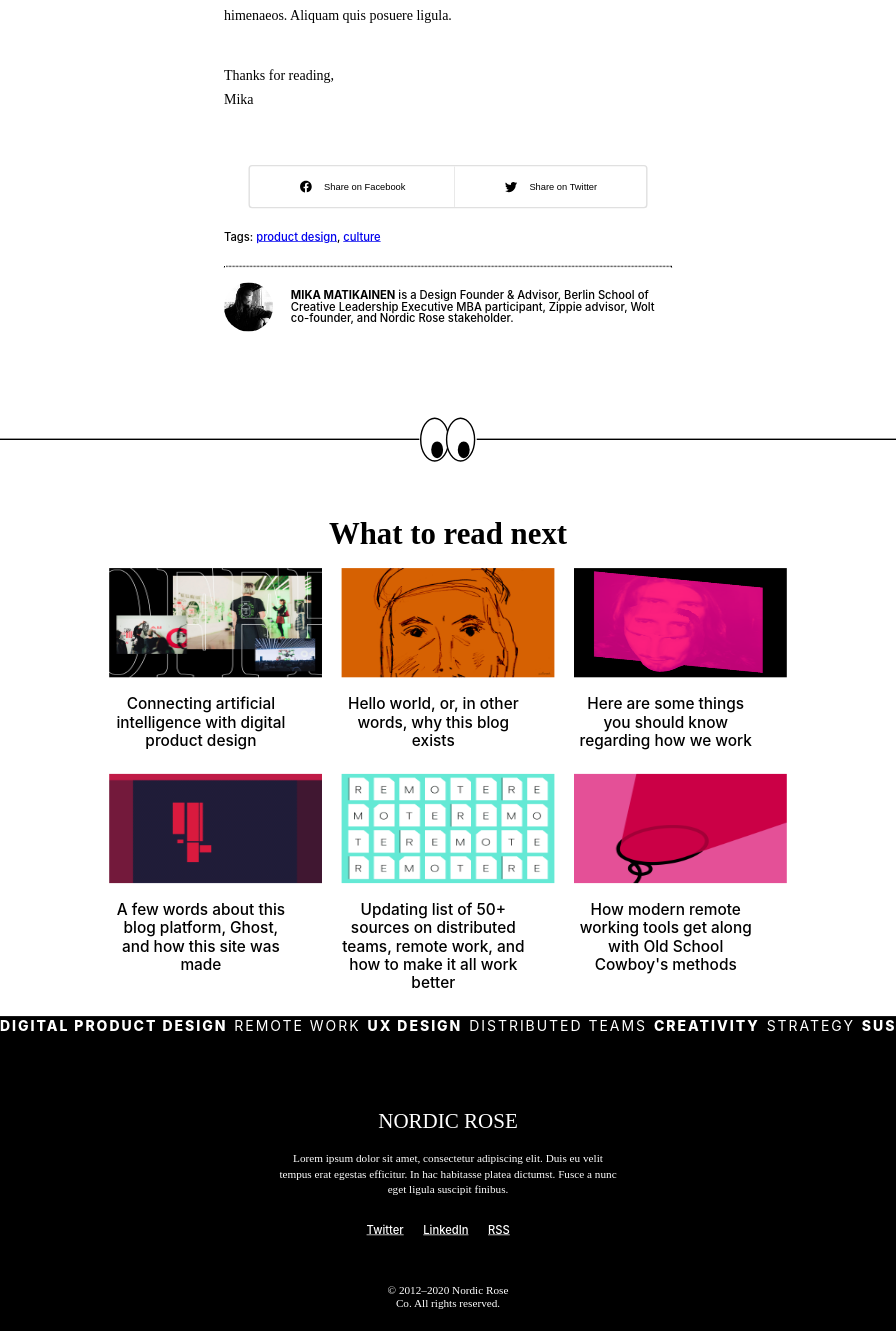
Repository: ThuTrang-jvb/JVB-BT1
Page: Page 3/article.html
An editor plug-in stored every save of this project. The page is shown before and after a run of saves, followed by the edit.
The browser window is 1280 px wide. The pictures show the part of the page from y = 3342 to 5262 px (the page is 5244 px tall before and 5262 px after), at 70% of full size.

Above is the page before, as saved 2025-06-30 09:51:28.

After the next 2 saves:
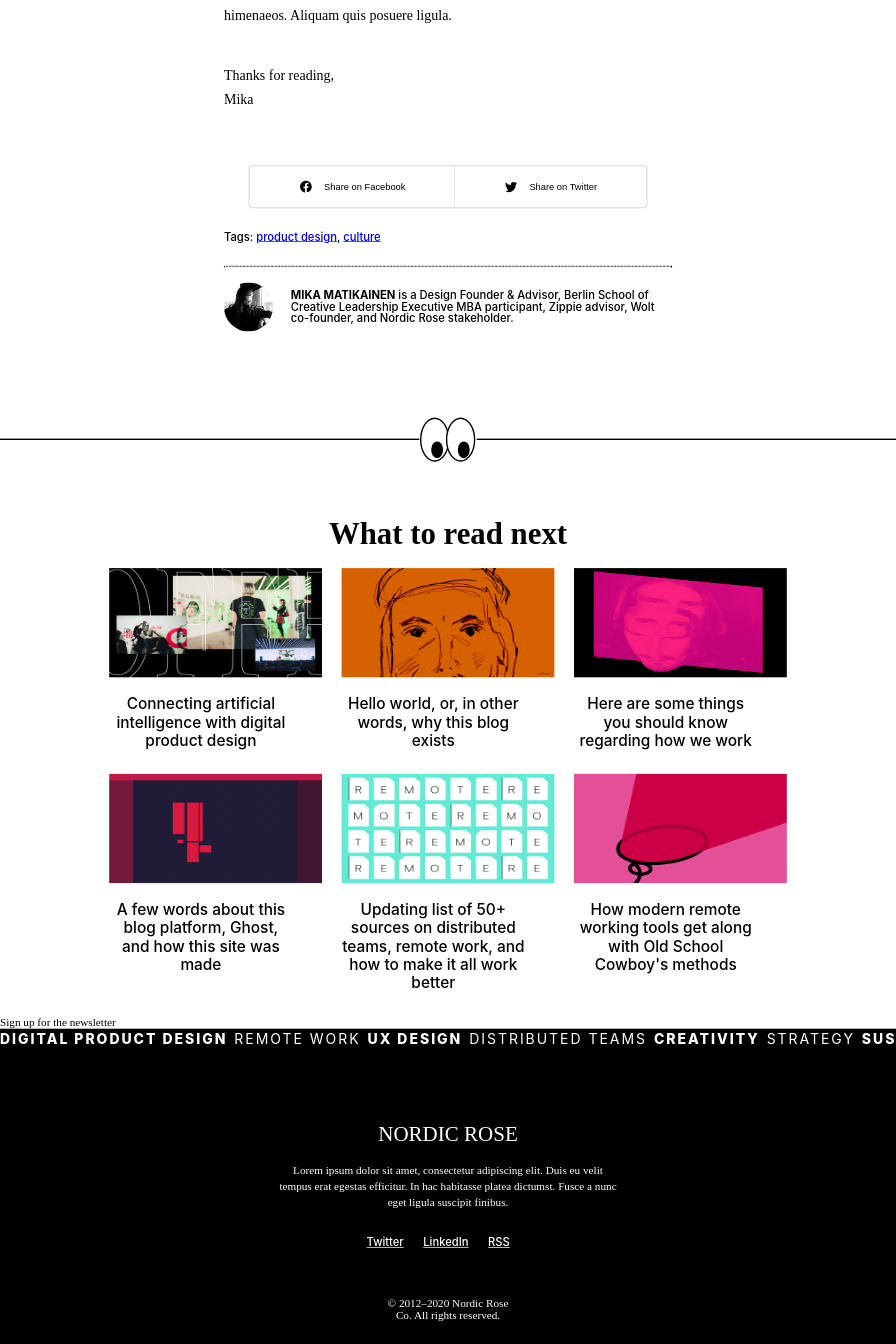
The 2 saves are shown as one change because they came seconds apart.
The last was saved 10 s later.
--- a/Page 3/article.html
+++ b/Page 3/article.html
@@ -163,6 +163,7 @@ posuere maximus dui et fringilla. Nulla non volutpat leo.</pre>
         </div>
     </div>
     <div>
+        <p>Sign up for the newsletter</p>
         <p></p>
     </div>
 
